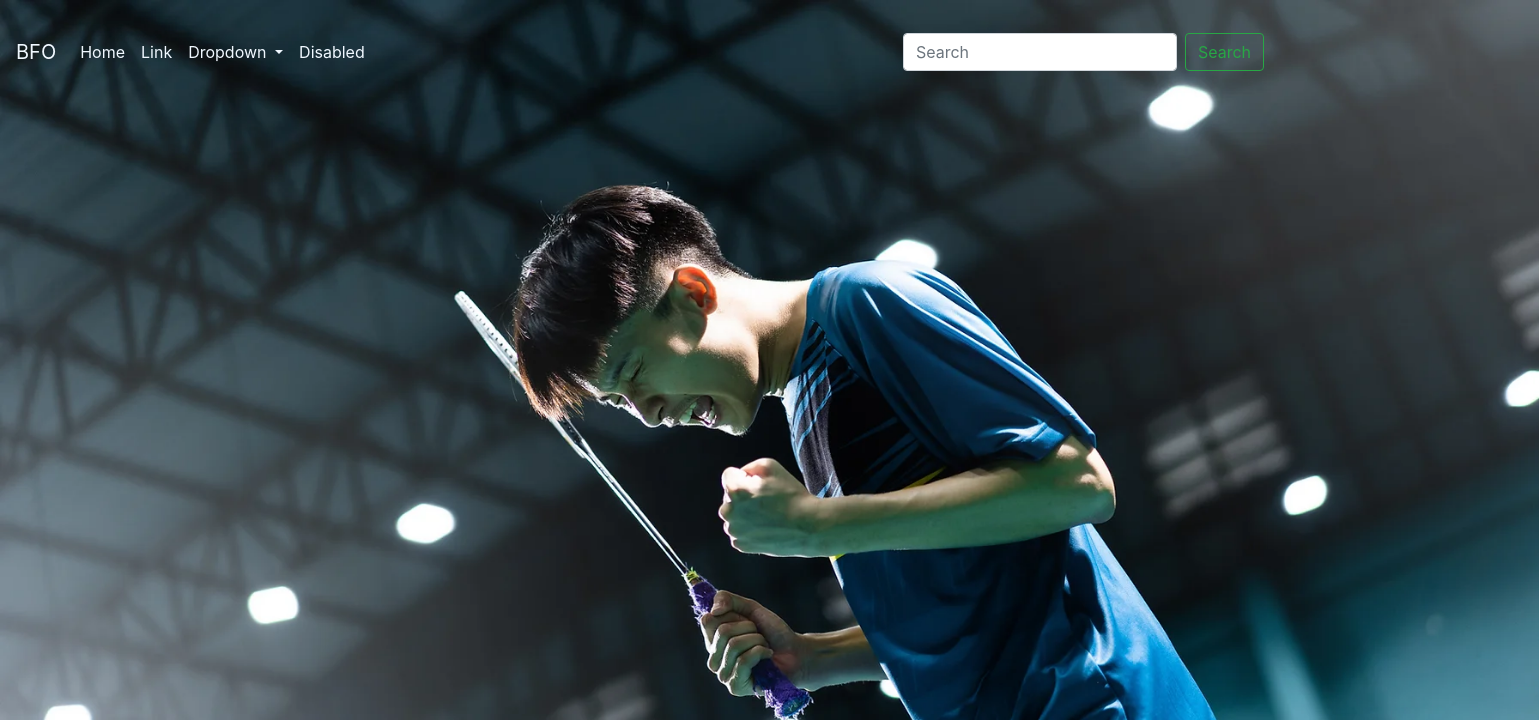
Repository: tsthuy/Badminton
Page: index.html
The author's editor kept a copy of each file at every save. The page is drawn from the files as they stood at one save, then again after the next save.
The browser window is 1280 px wide. The page is 1539 px wide, then 1280 px, so the pictures cover 1539 px, including what lies to the right of the window. The pictures show the whole page.
Some web libraries are served in a nearby version.

Above is the page before, as saved 2023-10-12 21:03:48.

### index.html
<!DOCTYPE html>
<html lang="en">
<head>
    <meta charset="UTF-8">
    <meta name="viewport" content="width=device-width, initial-scale=1.0">
    <link rel="stylesheet" href="https://cdn.jsdelivr.net/npm/bootstrap@4.0.0/dist/css/bootstrap.min.css" integrity="sha384-Gn5384xqQ1aoWXA+058RXPxPg6fy4IWvTNh0E263XmFcJlSAwiGgFAW/dAiS6JXm" crossorigin="anonymous">

    <title>Badminton</title>
</head>
<body>
    Explain
<nav class="navbar navbar-expand-lg navbar-light bg-light " style="background-color: transparent !important;
">
  <a style="color: aliceblue;" class="navbar-brand" href="#">BFO</a>
  <button class="navbar-toggler" type="button" data-toggle="collapse" data-target="#navbarSupportedContent" aria-controls="navbarSupportedContent" aria-expanded="false" aria-label="Toggle navigation">
    <span class="navbar-toggler-icon"></span>
  </button>

  <div class="collapse navbar-collapse" id="navbarSupportedContent">
    <ul class="navbar-nav mr-auto">
      <li class="nav-item active">
        <a style="color: aliceblue;" class="nav-link" href="#">Home <span class="sr-only">(current)</span></a>
      </li>
      <li class="nav-item">
        <a style="color: aliceblue;" class="nav-link" href="#">Link</a>
      </li>
      <li class="nav-item dropdown">
        <a style="color: aliceblue;" class="nav-link dropdown-toggle" href="#" id="navbarDropdown" role="button" data-toggle="dropdown" aria-haspopup="true" aria-expanded="false">
          Dropdown
        </a>
        <div style="color: aliceblue;" class="dropdown-menu" aria-labelledby="navbarDropdown">
          <a class="dropdown-item" href="#">Action</a>
          <a class="dropdown-item" href="#">Another action</a>
          <div class="dropdown-divider"></div>
          <a class="dropdown-item" href="#">Something else here</a>
        </div>
      </li>
      <li class="nav-item">
        <a style="color: aliceblue;" class="nav-link disabled" href="#">Disabled</a>
      </li>
    </ul>
    <form class="form-inline my-2 my-lg-0">
      <input class="form-control mr-sm-2" type="search" placeholder="Search" aria-label="Search">
      <button class="btn btn-outline-success my-2 my-sm-0" type="submit">Search</button>
    </form>
  </div>
</nav>
   <div class="background_cover">

    <img class="bg_img" src="./Image/A man in a badminton match.webp" alt="" style="margin-top: -80px; height: 100vh;">
   </div>

</body>
<script src="https://code.jquery.com/jquery-3.2.1.slim.min.js" integrity="sha384-KJ3o2DKtIkvYIK3UENzmM7KCkRr/rE9/Qpg6aAZGJwFDMVNA/GpGFF93hXpG5KkN" crossorigin="anonymous"></script>
<script src="https://cdn.jsdelivr.net/npm/popper.js@1.12.9/dist/umd/popper.min.js" integrity="sha384-ApNbgh9B+Y1QKtv3Rn7W3mgPxhU9K/ScQsAP7hUibX39j7fakFPskvXusvfa0b4Q" crossorigin="anonymous"></script>
<script src="https://cdn.jsdelivr.net/npm/bootstrap@4.0.0/dist/js/bootstrap.min.js" integrity="sha384-JZR6Spejh4U02d8jOt6vLEHfe/JQGiRRSQQxSfFWpi1MquVdAyjUar5+76PVCmYl" crossorigin="anonymous"></script>
    </script>
</html>

After the next save:
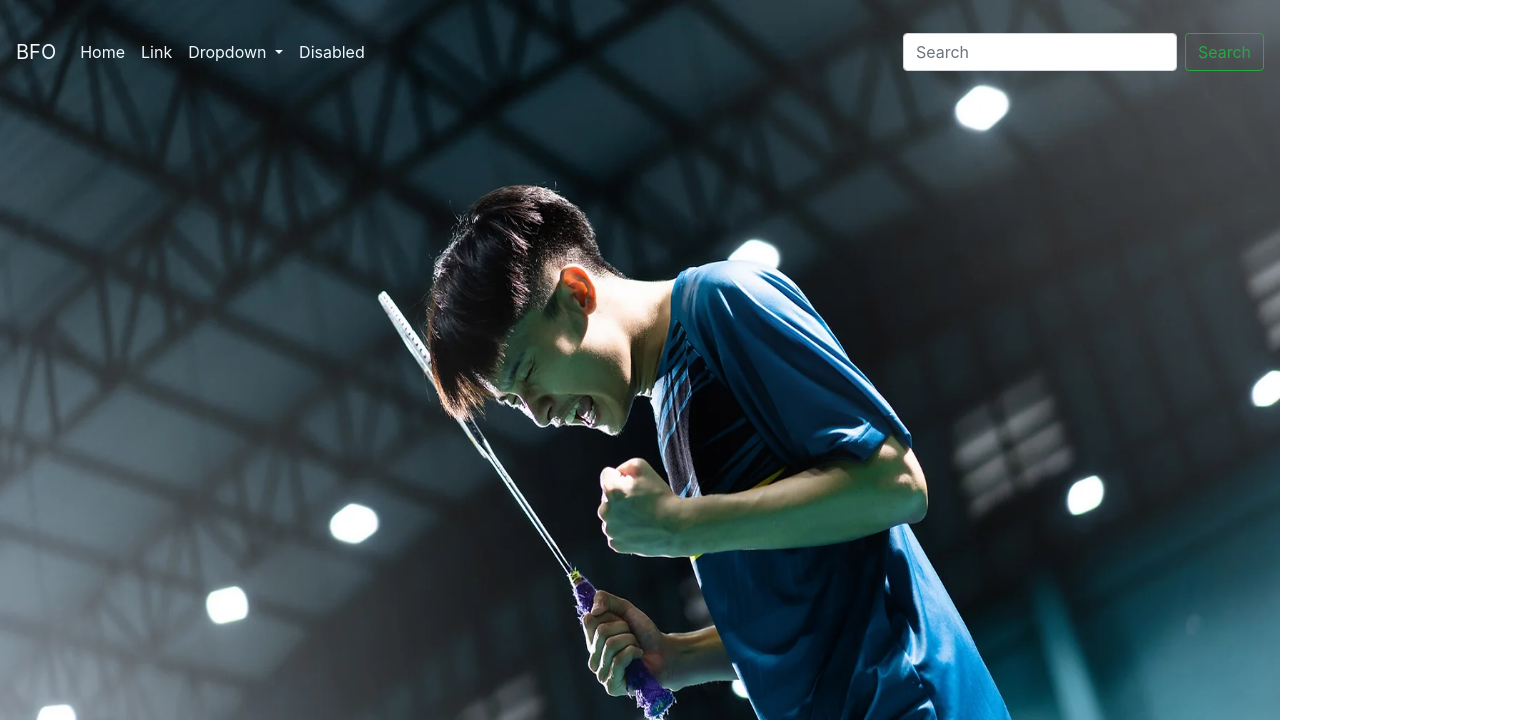
Saved 14 s later.
--- a/index.html
+++ b/index.html
@@ -47,7 +47,7 @@
 </nav>
    <div class="background_cover">
 
-    <img class="bg_img" src="./Image/A man in a badminton match.webp" alt="" style="margin-top: -80px; height: 100vh;">
+    <img class="bg_img" src="./Image/A man in a badminton match.webp" alt="" style="margin-top: -80px; height: 100vh; width: 100%;">
    </div>
 
 </body>
